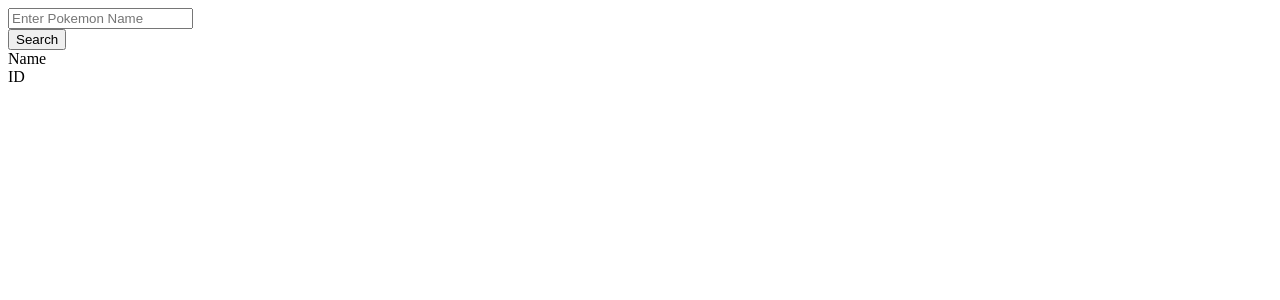
Repository: yucheng91/CIassignment2
Page: index.html
The author's editor kept a record of every edit. The page is drawn from the files as they stood at one moment, then again after the next edit.
The browser window is 1280 px wide. The pictures show the whole page.
Some web libraries are served in a nearby version.

Above is the page before.
Console error: ReferenceError: getPokemonID is not defined

After the next edit:
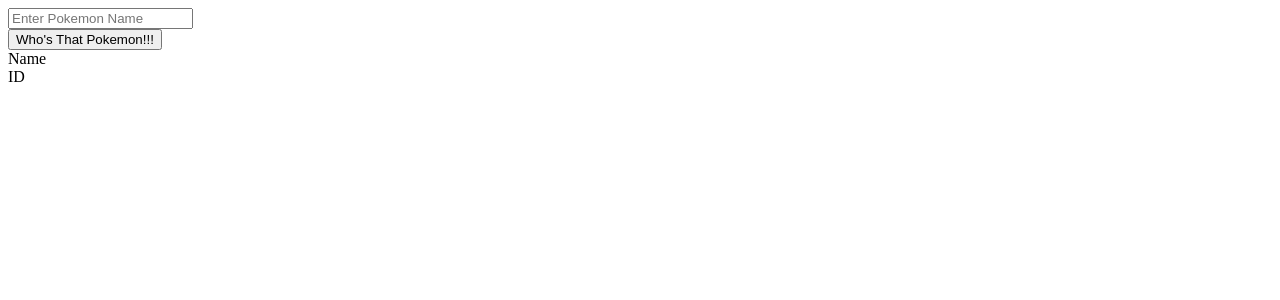
The edit:
--- a/index.html
+++ b/index.html
@@ -14,7 +14,9 @@
     <form>
     <input id="NameInput" type="text" placeholder="Enter Pokemon Name" value="">
     <br>
-    <button onClick="NameSearch()">Search</button>
+    <button onClick="NameSearch()">Who's That Pokemon!!!</button>
+    </form>
+
     <div>
         Name
     </div>
